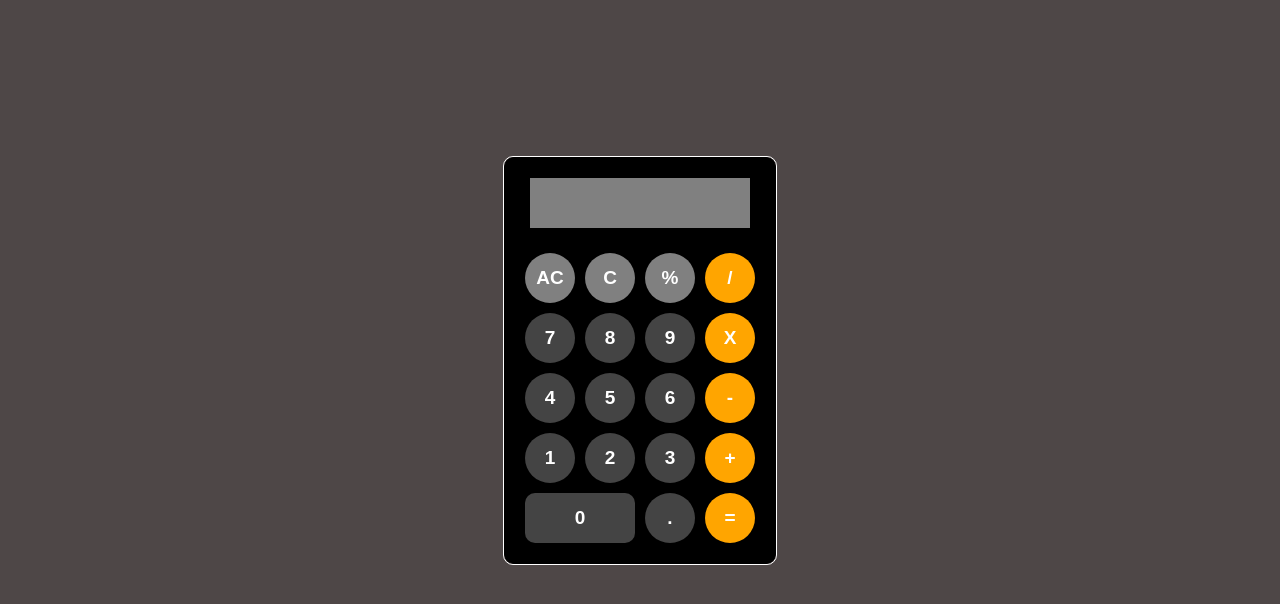
Repository: dmpelaez/calculator
Page: Calculator.html
These files come from the project's save history. The page is drawn as it stood at one moment and after the next save; the edit follows.
The browser window is 1280 px wide. The pictures show the whole page.

Above is the page before, as saved 2025-12-16 00:36:08.

### Calculator.html
<!DOCTYPE html>

  <html>
    <head>

      <title>Calculator</title>

      <!--CSS-->
      <link rel="stylesheet" href="Calculator.css">

    </head>
    <body>
      <!--Container-->
      <main class="container">

        <!--Sections-->
        <section class="Section">

          <!--Input section-->
          <input class="inputSection" name="display" value="" disabled>

          <!--Btns section-->
          <div class="btnSection">
            <button class="btn cancel">AC</button>
            <button class="btn signs">C</button>
            <button class="btn rmnder" onclick="appendNumber('%')">%</button>
            <button class="btn divide" onclick="appendNumber(' / ')">/</button>
            <button class="btn seven" onclick="appendNumber('7')">7</button>
            <button class="btn eight" onclick="appendNumber('8')">8</button>
            <button class="btn nine" onclick="appendNumber('9')">9</button>
            <button class="btn times" onclick="appendNumber(' * ')">X</button>
            <button class="btn four" onclick="appendNumber('4')">4</button>
            <button class="btn five" onclick="appendNumber('5')">5</button>
            <button class="btn six" onclick="appendNumber('6')">6</button>
            <button class="btn minus"  onclick="appendNumber(' - ')">-</button>
            <button class="btn one" onclick="appendNumber('1')">1</button>
            <button class="btn two" onclick="appendNumber('2')">2</button>
            <button class="btn three" onclick="appendNumber('3')">3</button>
            <button class="btn plus"  onclick="appendNumber(' + ')">+</button>
            <button class="btn zero" onclick="appendNumber('0')">0</button>
            <button class="btn dot" onclick="appendNumber('.')" >.</button>
            <button class="btn equal" onclick="equal()"">=</button>
          </div>
        </section>


      </main>

      <script src="Calculator.js"></script>
    </body>

  </html>

### Calculator.css
body {
  margin: 0;
  padding: 0;
  box-sizing: border-box;
  display: flex;
  align-items: center;
  justify-content: center;
  height: 100vh;
  background: rgb(78, 71, 71);
}

.container {
  border: 1px solid white;
  border-radius: 10px;
  overflow: hidden;
}

.Section {
display: flex;
flex-direction: column;
border: 1px solid black;
border-radius: 10px;
gap: 20px;
background: black;
align-items: center;
justify-content: center;
}
.inputSection {
  color: white;
  padding: 20px;
  padding-bottom: 0px;
  margin-top: 20px;
  width: 180px;
  height: 30px;

  font-size: 19px;
  font-weight: bold;
  background: gray;
  border: none;

}
.btnSection {
  display: grid;
  grid-template-columns: 1fr 1fr 1fr 1fr;
  padding: 20px;
  gap: 10px;
  padding-top: 5px;
}
.btn {
  border: none;
  height: 50px;
  width: 50px;
  border-radius: 50%;
  font-weight: bold;
  Font-size: 19px;
  cursor: pointer;
  color: white;
  background: rgb(68, 68, 68);
}
.btn:hover {
  opacity: 0.8;
}
.btn:active {
  opacity: 1;
}

.equal {
  grid-column: 4
}
.dot {
  grid-column: 3
}
.zero {
  grid-row: 5;
  grid-column: 1 / 2 span;
  background: white;
  width: auto;
  border-radius: 10px;
  background: rgb(68, 68, 68);
}
.cancel,
.signs,
.rmnder {
  background: gray;
}
.divide,
.times,
.minus,
.plus,
.equal {
  background: orange;
}

### Calculator.js

let answer = '';


function appendNumber(num) {
  answer += num;

  document.querySelector('.inputSection')
  .value = answer;
};


document.querySelector('.cancel')
.addEventListener('click', () => {
    answer = '';
    document.querySelector('.inputSection')
    .value = answer;
})

document.querySelector('.signs')
.addEventListener('click', () => {
  const value = document.querySelector('.inputSection').value.slice(0, -1);
  document.querySelector('.inputSection').value = value;
  answer = value;

});


function equal() {
  document.querySelector('.equal')
  .addEventListener('click', () => {
    try {
      answer = eval(answer);
      document.querySelector('.inputSection').value = answer;
    } catch {
      document.querySelector('.inputSection').value = "Error";
    }
  })
}

After the next save:
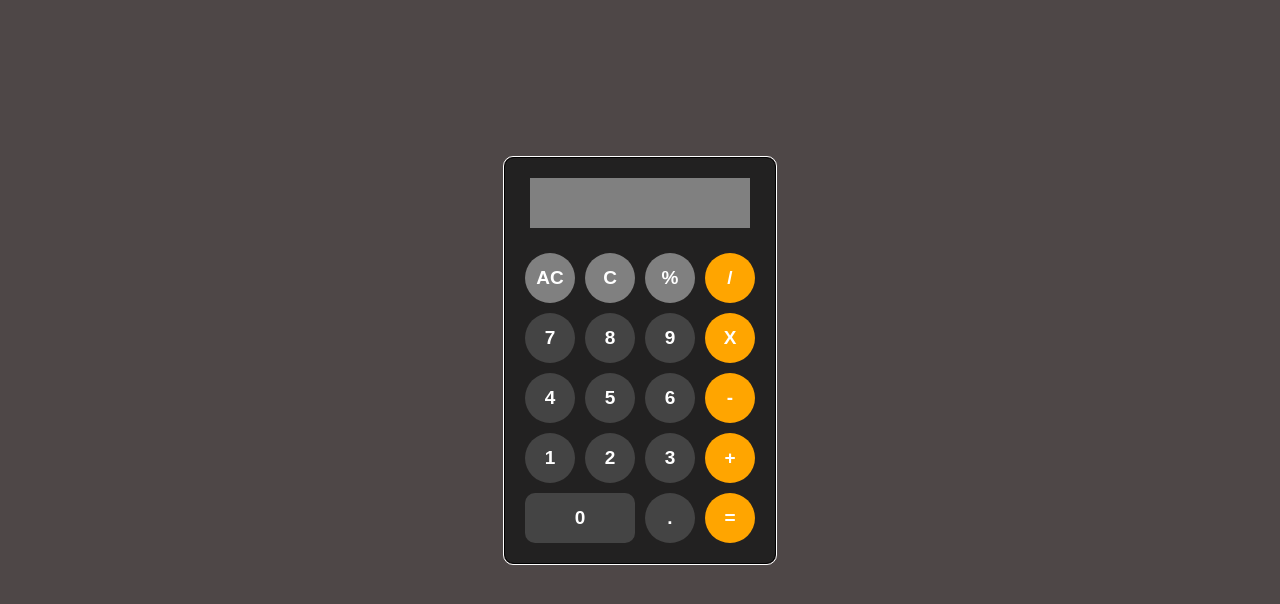
Saved 18 s later.
--- a/Calculator.css
+++ b/Calculator.css
@@ -21,7 +21,7 @@ flex-direction: column;
 border: 1px solid black;
 border-radius: 10px;
 gap: 20px;
-background: black;
+background: rgb(34, 33, 33);
 align-items: center;
 justify-content: center;
 }
